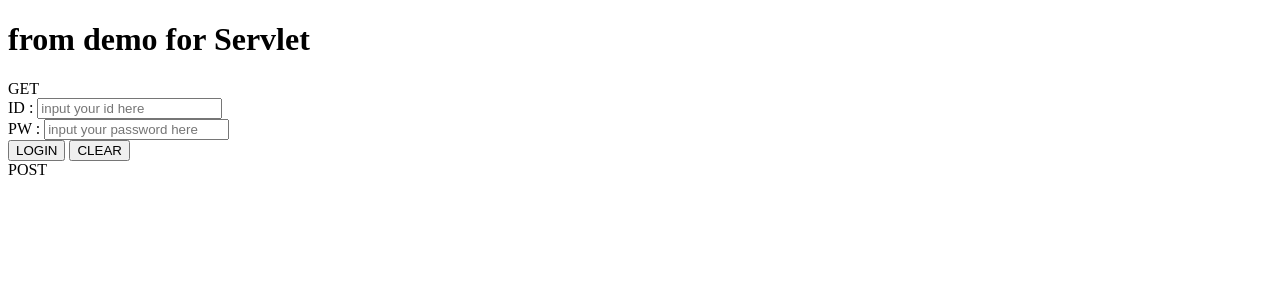
Repository: Hoa7604/kist_Java
Page: project-booking-tour/webShop/WebContent/index.html
The author's editor kept a copy of each file at every save. The page is drawn from the files as they stood at one save, then again after the next save.
The browser window is 1280 px wide. The pictures show the whole page.

Above is the page before, as saved 2020-08-10 09:20:30.

### project-booking-tour/webShop/WebContent/index.html
<!DOCTYPE html>
<html>
<head>
<meta charset="UTF-8">
<title>req & res demo</title>
</head>
<body>
	<h1>from demo for Servlet</h1>
	<div>
		GET<br>
		<form method="get" action="login1">
			ID : <input type="text" name="uname" placeholder="input your id here"></br>
			PW : <input type="password" name="upass" placeholder="input your password here"></br>
			<input type="submit" value = "LOGIN">
			<input type="reset" value = "CLEAR">
		</form>
	</div>
	<div>
		POST<br>
		<form method="post" action="login1"></form>
	</div>
</body>
</html>

After the next save:
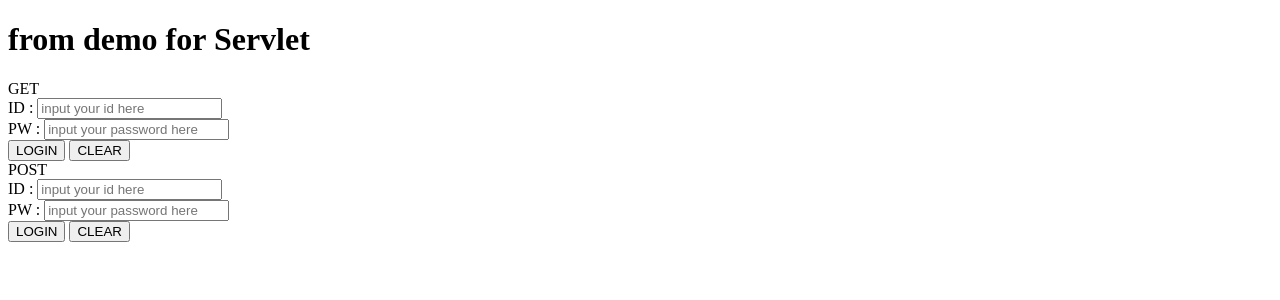
Saved 51 s later.
--- a/project-booking-tour/webShop/WebContent/index.html
+++ b/project-booking-tour/webShop/WebContent/index.html
@@ -18,6 +18,10 @@
 	<div>
 		POST<br>
 		<form method="post" action="login1"></form>
+		ID : <input type="text" name="uname" placeholder="input your id here"></br>
+		PW : <input type="password" name="upass" placeholder="input your password here"></br>
+		<input type="submit" value = "LOGIN">
+		<input type="reset" value = "CLEAR">
 	</div>
 </body>
 </html>
